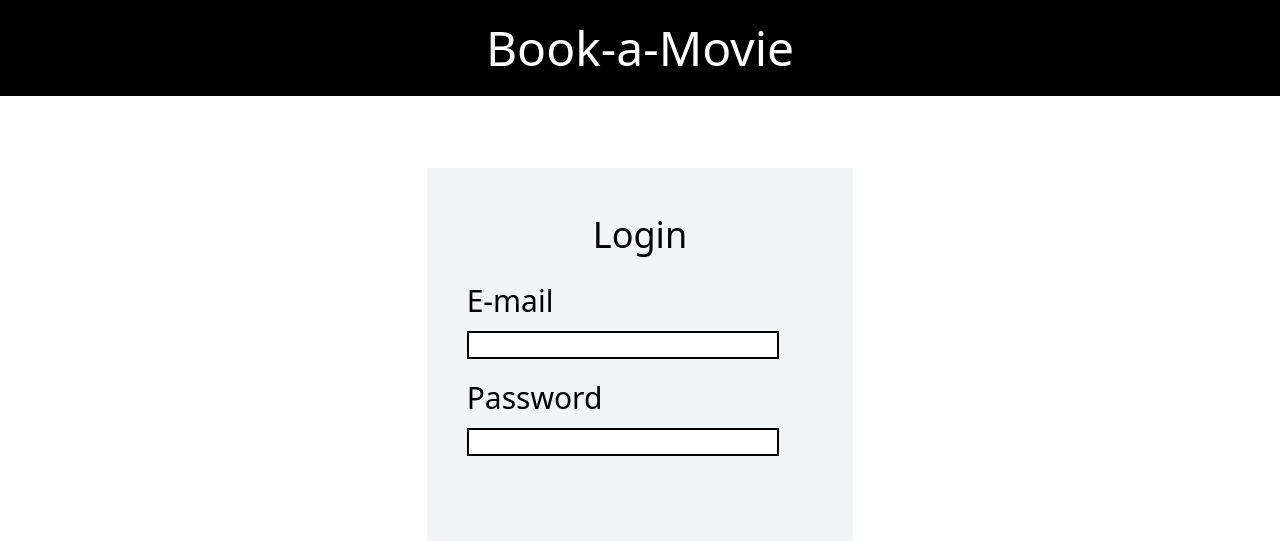
Repository: BhumilModi/movie-booking-app-assignment
Page: /
An editor plug-in stored every save of this project. The page is shown before and after the next save, followed by the edit.
The browser window is 1280 px wide. The pictures show the whole page.
The project was rebuilt for these pictures with package versions that can differ from the ones it lists, and the page was loaded fresh each time. Also part of the build but not shown: src/App.css.

Above is the page before, as saved 2022-11-29 18:15:37.

After the next save:
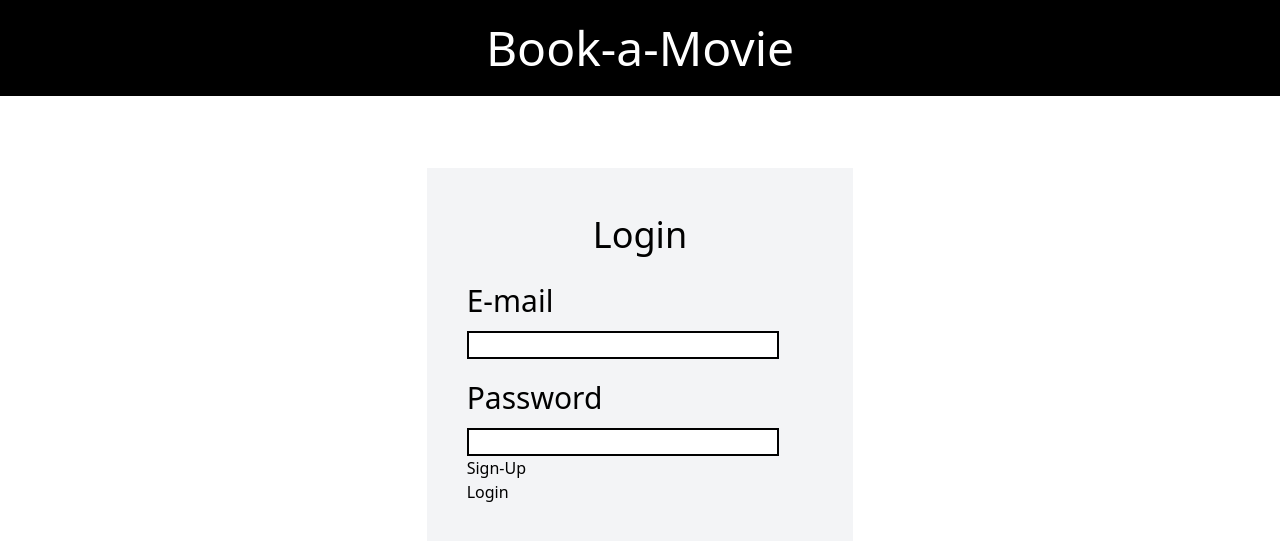
Saved 42 s later.
--- a/src/components/Login.jsx
+++ b/src/components/Login.jsx
@@ -11,6 +11,10 @@ function Login() {
         <input type="text" className="w-[90%] border-2 border-black" />
         <div className="text-[30px] mt-4 mb-2">Password</div>
         <input type="password" className="w-[90%] border-2 border-black" />
+        <div>
+          <p>Sign-Up</p>
+          <button>Login</button>
+        </div>
       </div>
     </div>
   );
